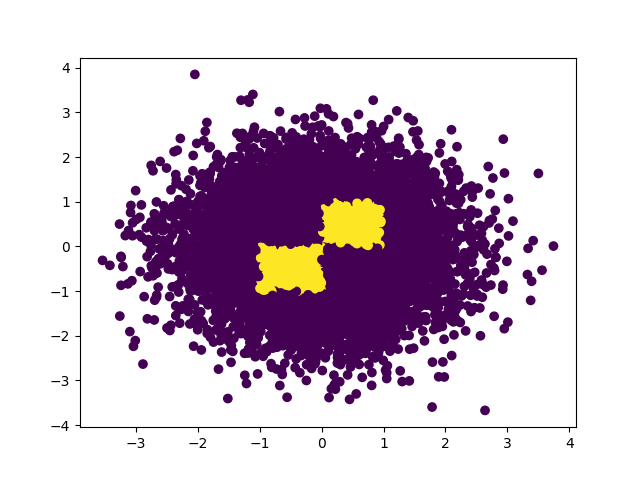
Repository: moein1379/DeepLearning
Script's output: python pandaExercise.py
An editor plug-in stored every save of this project. The script's output is shown before and after a run of saves, followed by the edit.
Random numbers start from a fixed seed.

Above is the script's output before, as saved 2021-03-04 16:20:04.

### pandaExercise.py
import pandas as pd
import matplotlib.pyplot as plt
import numpy as np
def q2(n):
    x = np.random.randn(n)
    y = np.random.randn(n)
    color = []
    for i in range(n):
        if((0<x[i]<=1 and 0<y[i]<=1) or (-1<x[i]<=0 and -1<y[i]<=0)):
            color.append(1)
        #if((1<x[i]<2 and 1<y[i]<2) and (-2<x[i]<-1 and -2<y[i]<-1)):
        else:
            color.append(0)
    plt.scatter(x,y,c=color)
    plt.show()
q2(10000)

After the next 7 saves:
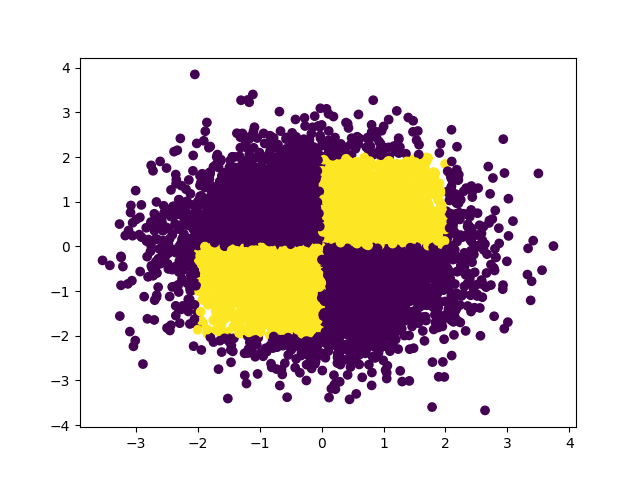
The 7 saves are shown as one change because they came seconds apart.
The last was saved 42 s later.
--- a/pandaExercise.py
+++ b/pandaExercise.py
@@ -6,7 +6,7 @@ def q2(n):
     y = np.random.randn(n)
     color = []
     for i in range(n):
-        if((0<x[i]<=1 and 0<y[i]<=1) or (-1<x[i]<=0 and -1<y[i]<=0)):
+        if((0<=x[i]<=2 and 0<=y[i]<=2) or (-2<=x[i]<=0 and -2<=y[i]<=0)):
             color.append(1)
         #if((1<x[i]<2 and 1<y[i]<2) and (-2<x[i]<-1 and -2<y[i]<-1)):
         else:
